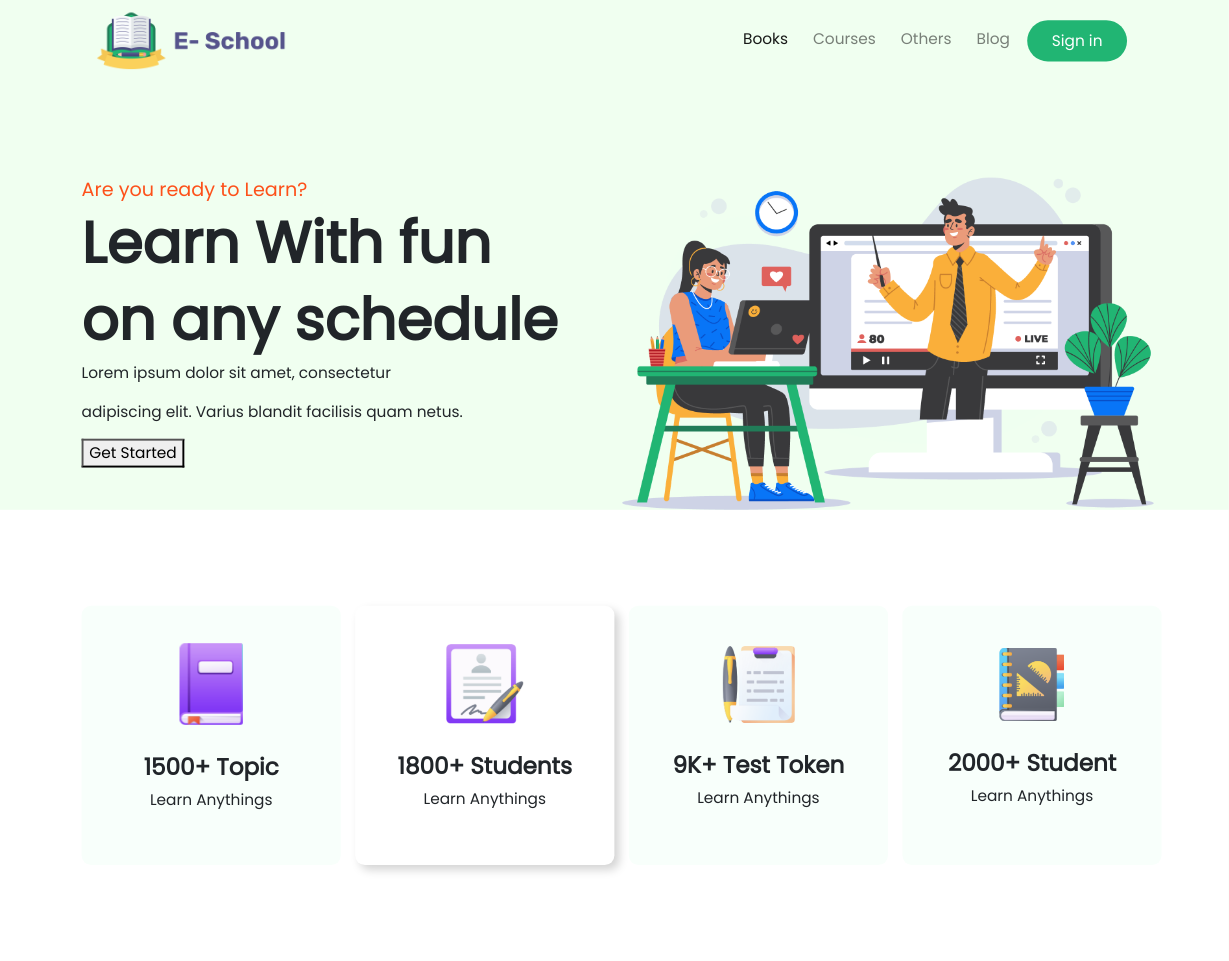
Repository: mohsinfarabi/e-school
Page: index.html
The author's editor kept a copy of each file at every save. The page is drawn from the files as they stood at one save, then again after the next save.
The browser window is 1280 px wide. The pictures show the whole page, at 96% of full size.

Above is the page before, as saved 2020-07-08 18:44:52.

After the next save:
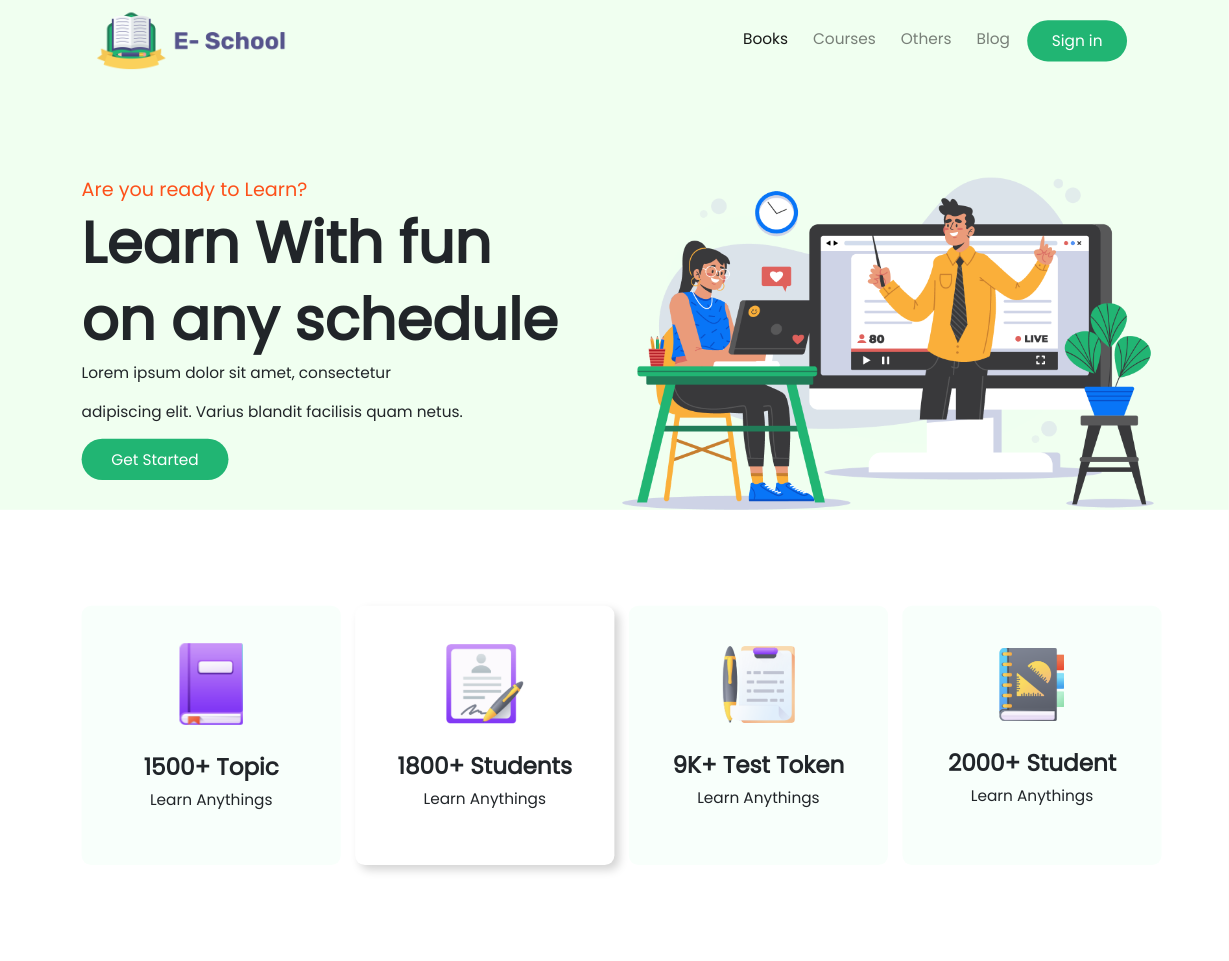
Saved 25 s later.
--- a/style.css
+++ b/style.css
@@ -45,6 +45,15 @@ body {
 .top img {
     width: 554px;
     height: 346px;
+}
+
+.get-started {
+    width: 153px;
+    height: 43px;
+    border: none;
+    background: #21B573;
+    border-radius: 33px;
+    color: white;
 }
 
 .cat h4 {
